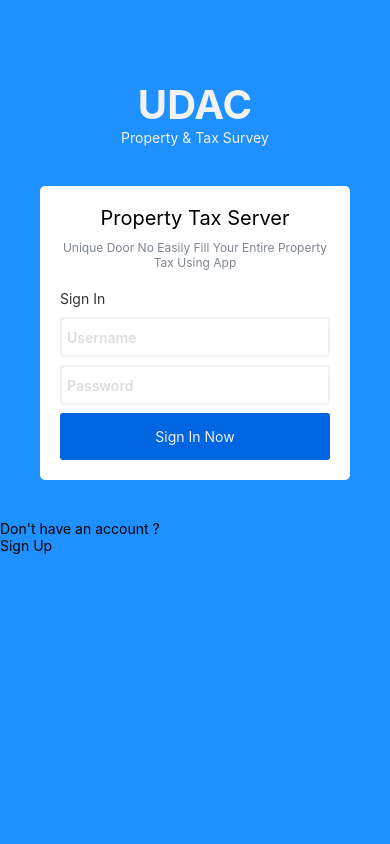
Repository: metalysm/BasicLoginPage
Screen: /
An editor plug-in stored every save of this project. The screen is shown before and after the next save, followed by the edit.
The app was drawn by React Native's web renderer in a window 390 px wide. The project was rebuilt for these pictures with package versions that can differ from the ones it lists, and the page was loaded fresh each time.

Above is the screen before, as saved 2019-12-05 17:09:05.

After the next save:
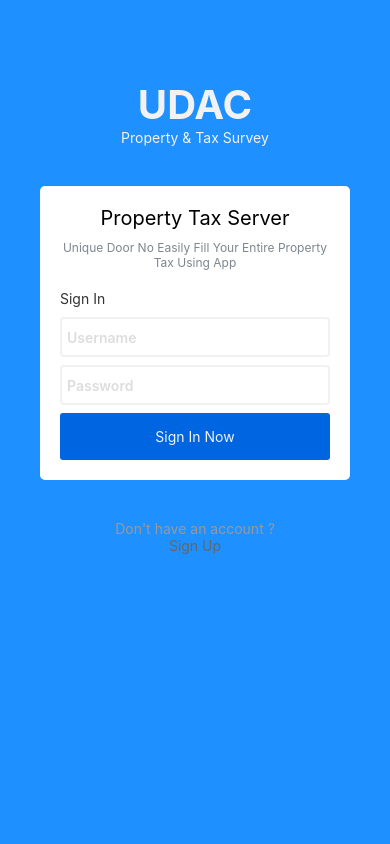
Saved 52 s later.
--- a/src/pages/Login.js
+++ b/src/pages/Login.js
@@ -90,5 +90,14 @@ const styles = StyleSheet.create({
         color: '#7e868f',
         marginVertical: 10,
         textAlign: 'center'
+    },
+    signUpArea:{
+        alignItems:'center'
+    },
+    signUpDesc:{
+        color: '#999'
+    },
+    signUpText:{
+        color:'#666'
     }
 });
